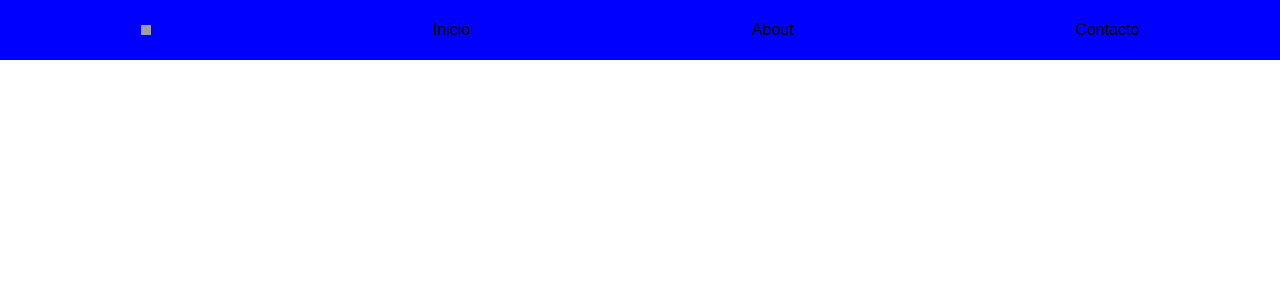
Repository: Toydrum/React-HectorCoronado
Page: /
These files come from the project's save history. The page is drawn as it stood at one moment and after the next save; the edit follows.
The browser window is 1280 px wide. The pictures show the whole page.
Pictures or frames that could not be fetched are drawn as grey boxes. The project was rebuilt for these pictures with package versions that can differ from the ones it lists, and the page was loaded fresh each time.

Above is the page before, as saved 2023-06-03 06:04:42.

After the next save:
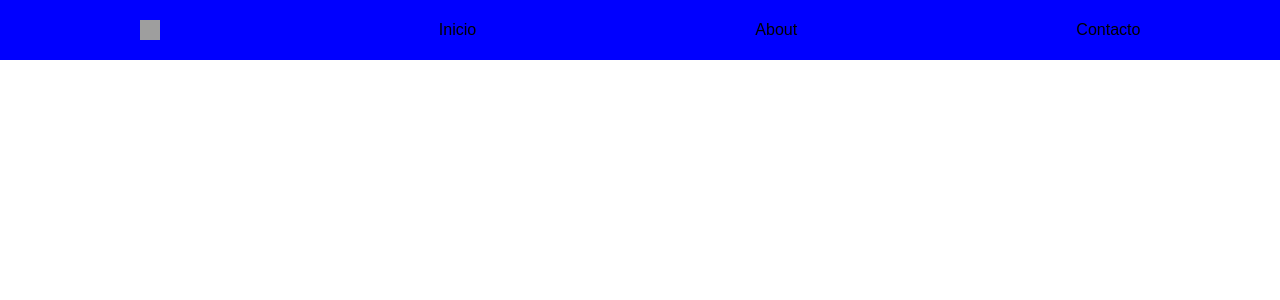
Saved 6 s later.
--- a/src/components/Navbar/Navbar.css
+++ b/src/components/Navbar/Navbar.css
@@ -1,5 +1,5 @@
 img {
-height: 10px;
-width: 10px;
+height: 20px;
+width: 20px;
 
 }
